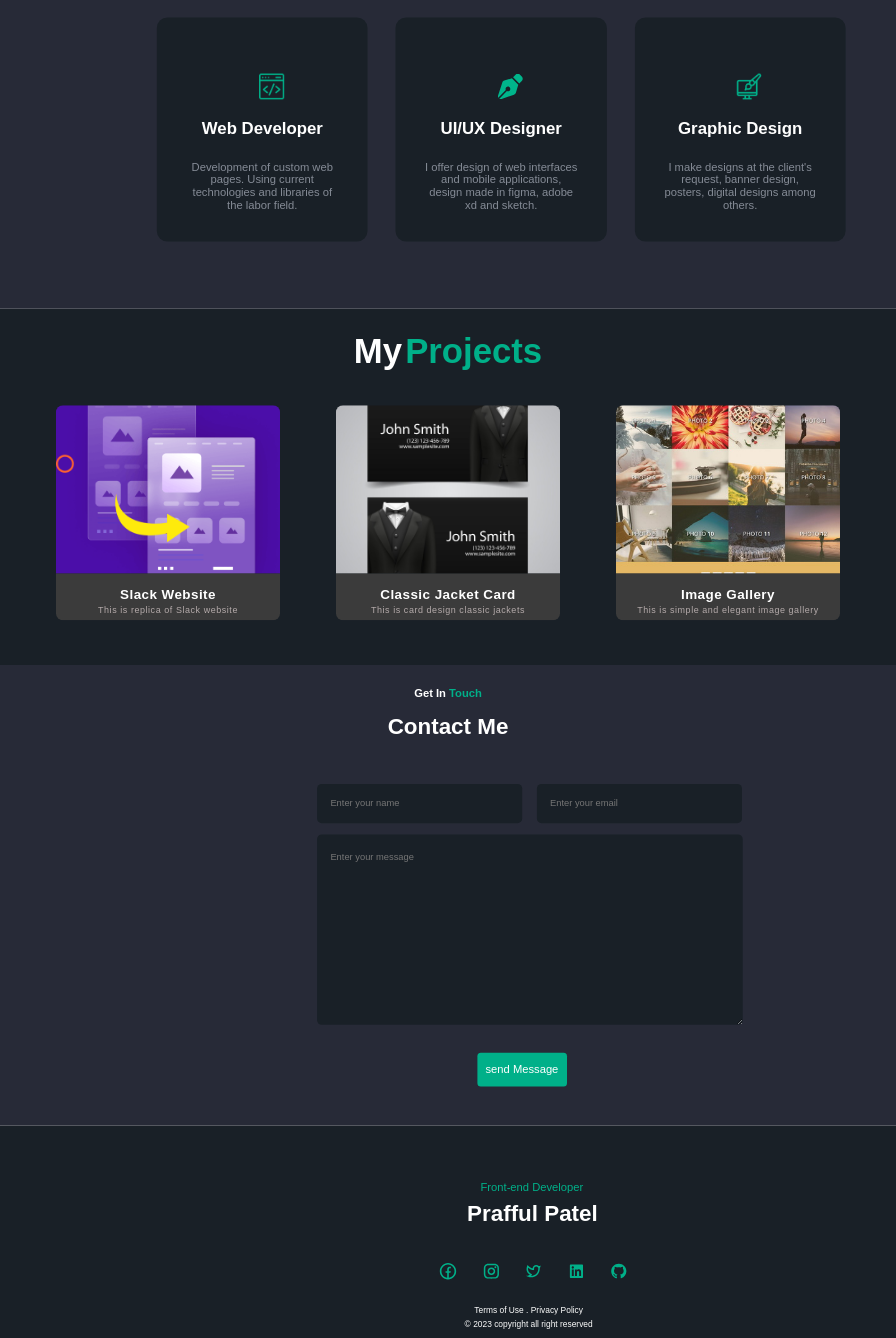
Repository: PraffulPatel27/Portfolio_2.0
Page: index.html
The author's editor kept a copy of each file at every save. The page is drawn from the files as they stood at one save, then again after a run of saves.
The browser window is 1280 px wide. The pictures show the part of the page from y = 1890 to 3810 px (the page is 3802 px tall before and 3810 px after), at 70% of full size.

Above is the page before, as saved 2024-01-30 15:25:40.

After the next 2 saves:
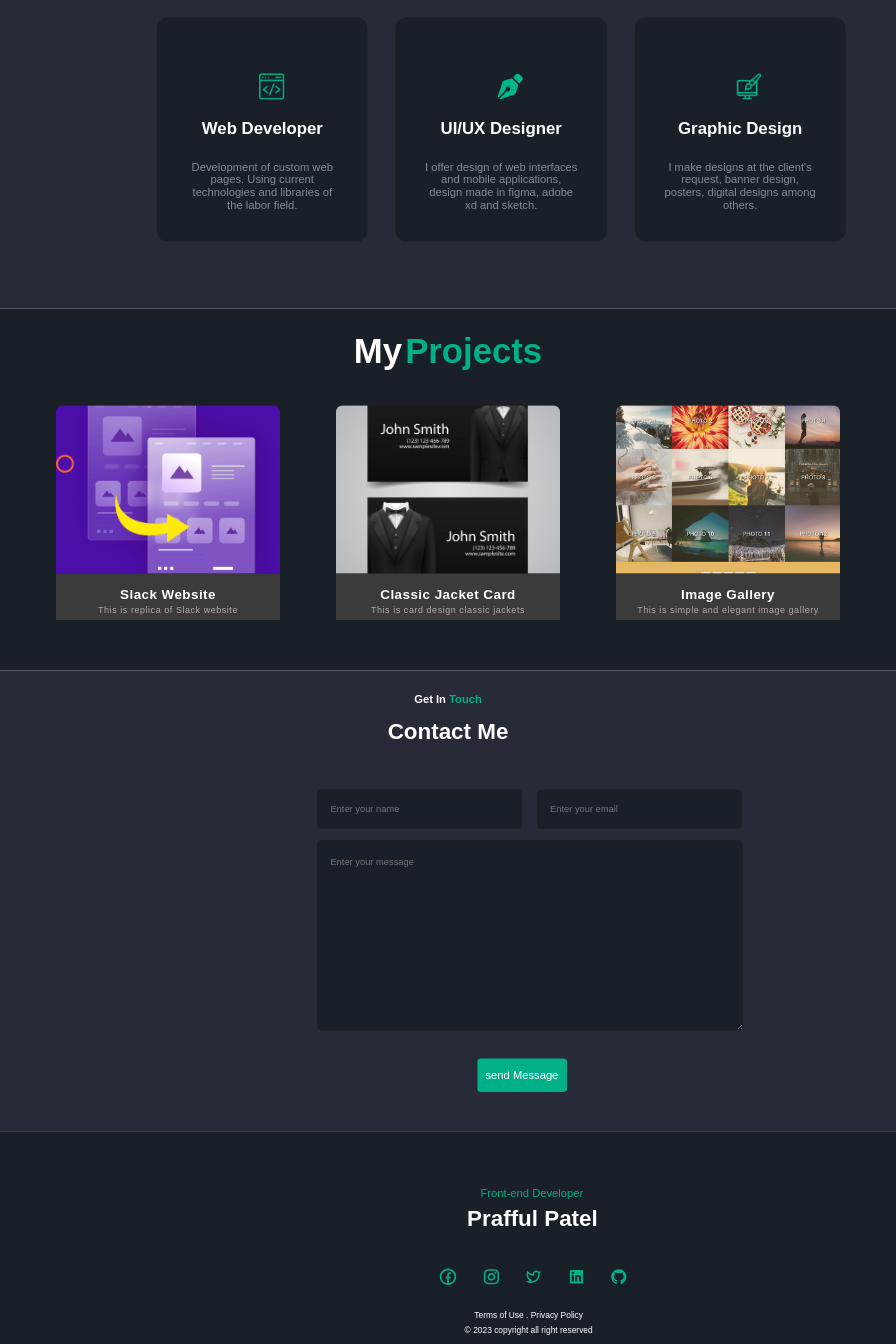
The 2 saves are shown as one change because they came seconds apart.
The last was saved 8 s later.
--- a/style.css
+++ b/style.css
@@ -431,7 +431,7 @@
 
     /* width: 20rem;
     height: 20rem; */
-    margin: ;
+    margin-bottom: 0.5rem;
 }
 .pro-1 img {
     display: block;
